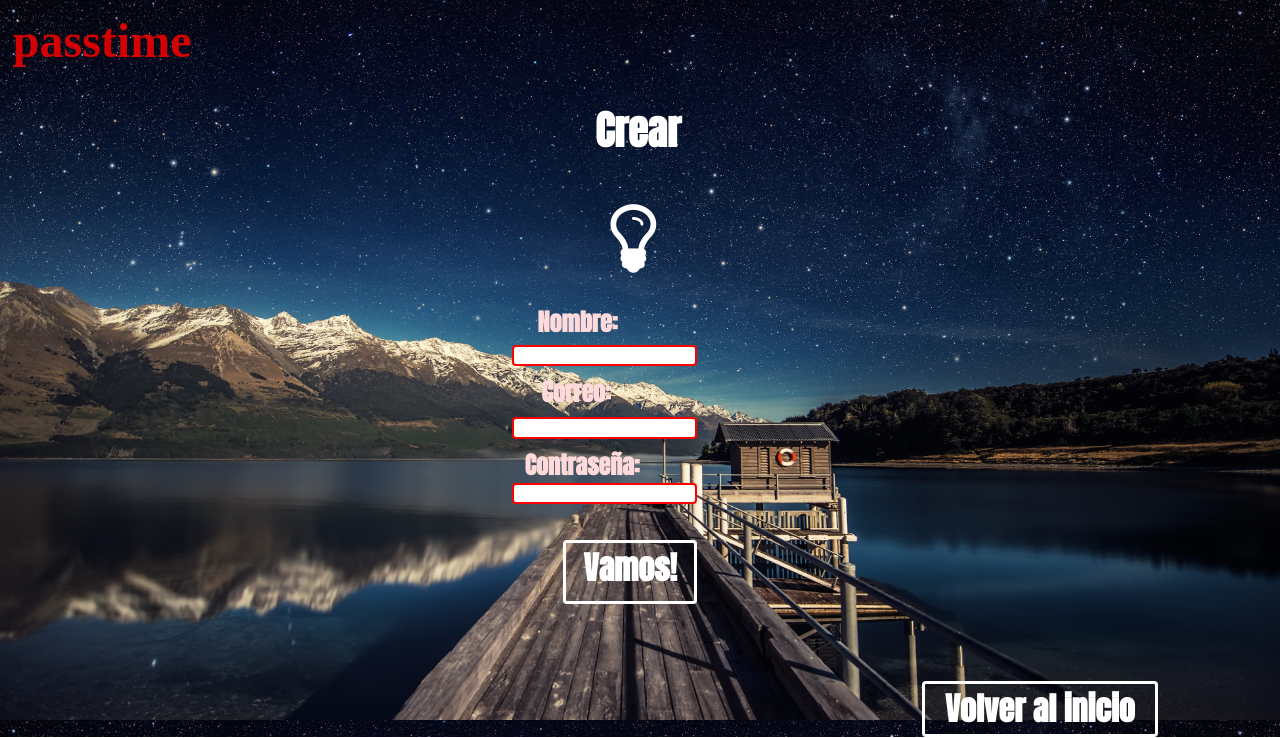
Repository: PassTimeOp/passtimeop.github.io
Page: signup.html
The author's editor kept a record of every edit. The page is drawn from the files as they stood at one moment, then again after the next edit.
The browser window is 1280 px wide. The pictures show the whole page.
Backgrounds fixed to the window are drawn as part of the page. Some web fonts or font styles are not loaded; a fallback is used.

Above is the page before.

### signup.html
<!DOCTYPE HTML>
<html>
    <head>
        <link type="text/css" rel="stylesheet" href="signupStyle.css"/>
        <link rel="stylesheet" href="font-awesome-4.7.0/css/font-awesome.min.css">
        <link href="https://fonts.googleapis.com/css?family=Anton|Arvo|Shrikhand" rel="stylesheet">
        <title>acceder | passtime</title>
    </head>

    <body>
        <h1 id="title">passtime</h1>

        <h1 id="acceder">Crear</h1>

        <i class="fa fa-lightbulb-o fa-5x" aria-hidden="true"></i>

        <div id="data">
            <div id="name"><h4 id="nombre">Nombre:</h4><input type="text" name="nombre"></div>
            <h4 id="correo">Correo:</h4><input type="text" name="correo">
            <div id="contra"><h4 id="pass">Contraseña:</h4><input type="password" name="psw"></div>
        </div>

        <div class="buttons" id="vamos"><a href="Calendario/calendario.html" style="text-decoration: none"><h3>Vamos!</h3></a></div>
        <div class="buttons" id="volver"><a href="index.html" style="text-decoration: none"><h3>Volver al inicio</h3></a></div>
    </body>
</html>

### signupStyle.css
html, body{
  width: 100%;
  height: 100%;
  margin: 0;
  padding: 0;
}

body {
  background-image: url(signup.jpg);
  background-size: cover;
  background-position: center;
  width: 100%;
  height: 100%;
  background-repeat: no-repeat;
  background-attachment: fixed;
}

#title {
  font-family: 'Shrikhand', cursive;
  font-size: 300%;
  margin-top: 1%;
  margin-left: 1%;
  display: block;
  color: rgba(255, 0, 0, 0.82);
}

#acceder {
  font-family: 'Anton', sans-serif;
  color: #FFF;
  margin: 0% 0% 0% 46.5%;
  display: block;
  font-size: 250%;
}

i {
  margin: 3% 1% 0% 47.7%;
  color: #FFF;
  display: block;
}

input {
  display: inline-block;
  border-radius: 4px;
  border: 2px solid red;
  height: 20%;
  margin: 0%;
}

#data {
  margin: 2% 0% 0% 40%;
  height: 11%;
  width: 20%;
  display: inline-block;
}

h4 {
  font-size: 150%;
  font-family: 'Anton', sans-serif;
  color: #ffdada;
}

#nombre {
  display: inline-block;
  margin: 0% 1% 2% 10%;
}

#name {
  display: block;
  margin: 0% 0% 3% 0%;
}

#correo {
  display: inline-block;
  margin: 0% 1% 3% 11.5%;
}

#pass {
  display: inline-block;
  margin: 0% 0% 0% 5%;
}

#contra {
  margin: 3% 1% 0% 0%;
  padding: 0%;
}

.buttons {
  border: 3px solid #FFF;
  border-radius: 4px;
}

h3 {
  font-family: 'Anton', sans-serif;
  margin: 0% 0% 0% 0%;
  text-align: center;
  font-size: 200%;
  color: #FFF;
}

#vamos {
  width: 10%;
  height: 8%;
  padding: 0%;
  display: block;
  margin: 3% 0% 0% 44%;
}

#volver {
  width: 18%;
  height: 7%;
  padding: 0%;
  margin: 6% 0% 0% 72%;
  display: block;
}

Loaded but not shown: font-awesome-4.7.0/css/font-awesome.min.css (library)

After the next edit:
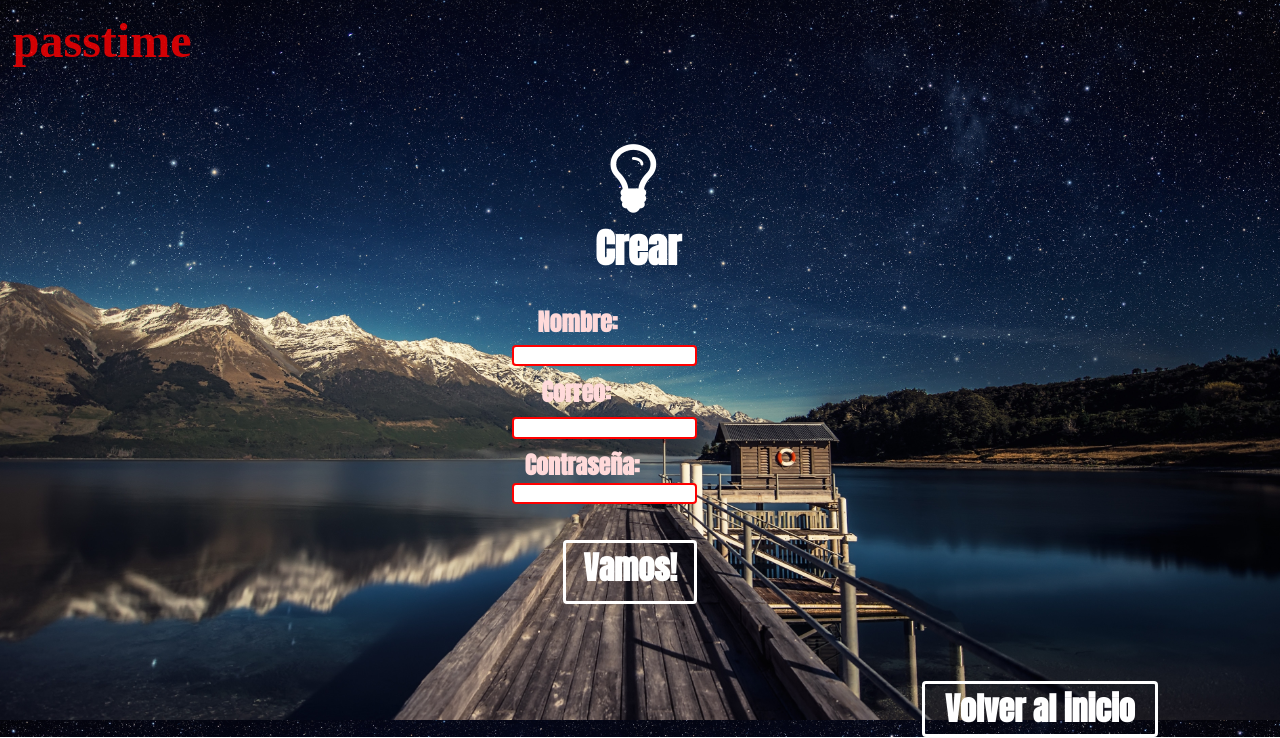
The edit:
--- a/signup.html
+++ b/signup.html
@@ -10,9 +10,10 @@
     <body>
         <h1 id="title">passtime</h1>
 
+        <i class="fa fa-lightbulb-o fa-5x" aria-hidden="true"></i>
         <h1 id="acceder">Crear</h1>
 
-        <i class="fa fa-lightbulb-o fa-5x" aria-hidden="true"></i>
+
 
         <div id="data">
             <div id="name"><h4 id="nombre">Nombre:</h4><input type="text" name="nombre"></div>
